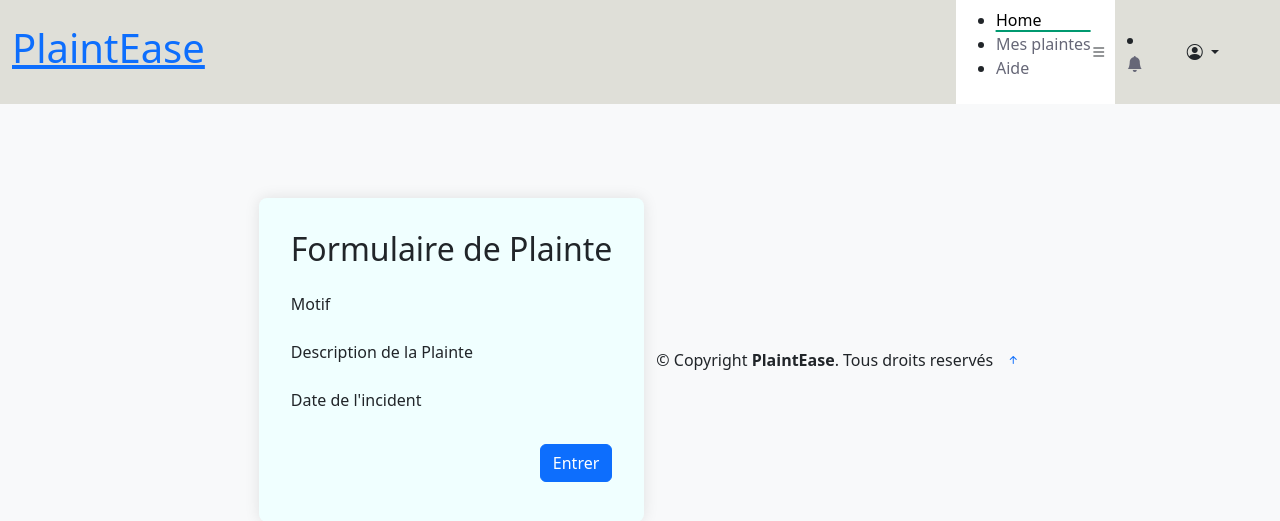
Repository: Senare1/PlaintEasy
Page: complaints/templates/complaints/formulaire.html
The author's editor kept a copy of each file at every save. The page is drawn from the files as they stood at one save, then again after the next save.
The browser window is 1280 px wide. The pictures show the whole page.
Some web libraries are served in a nearby version. The template is drawn by Django 4.2. The application's start-up code is not run. The template is opened directly, without the code that normally fills it, so the values that code supplies are empty.

Above is the page before, as saved 2024-08-11 06:27:42.
Console error: ReferenceError: Swiper is not defined

After the next save:
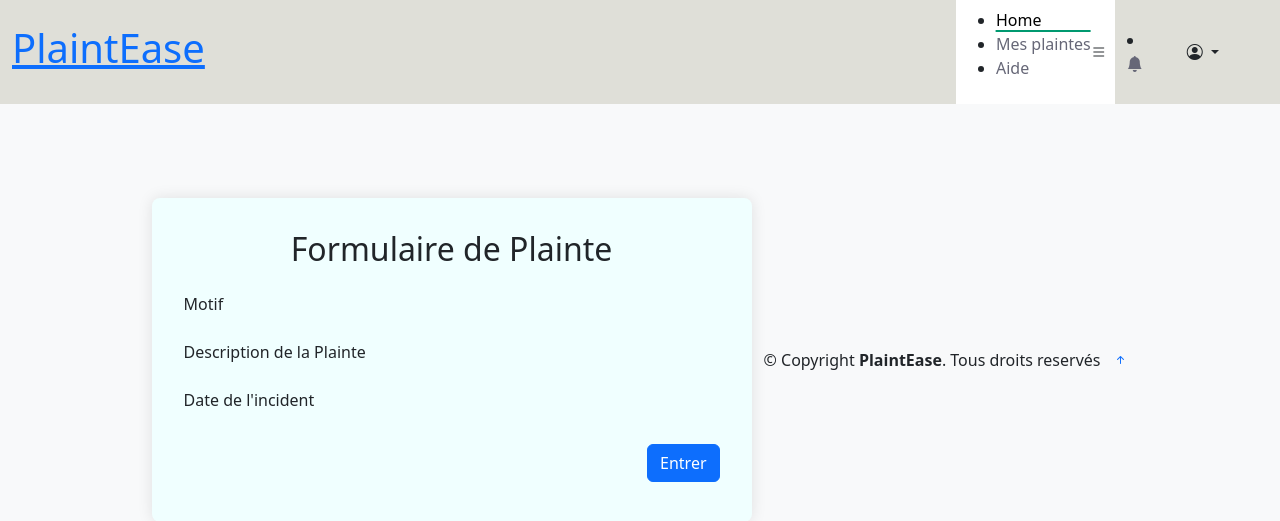
Saved 36 s later.
--- a/complaints/templates/complaints/formulaire.html
+++ b/complaints/templates/complaints/formulaire.html
@@ -6,7 +6,6 @@
 
 {% block content %}
 
-<section id="hero" class="d-flex align-items-center">
 
     <div class="form-container my-5">
         <h2 class="text-center mb-4">Formulaire de Plainte</h2>
@@ -32,5 +31,4 @@
         </form>
     </div>
 
-</section>
 {% endblock %}
